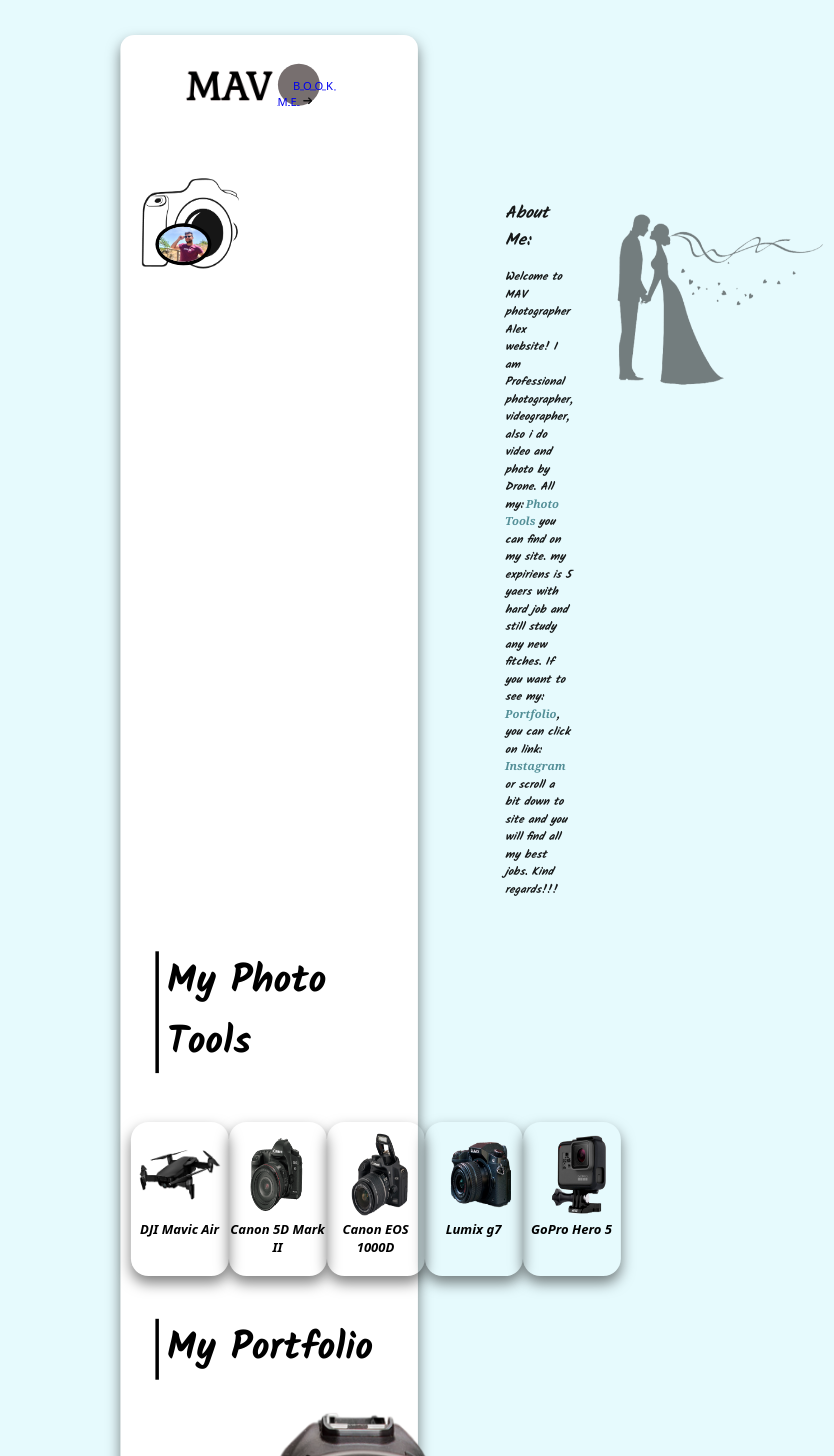
Repository: Dekabrist94/MAV
Page: /
The author's editor kept a copy of each file at every save. The page is drawn from the files as they stood at one save, then again after a run of saves.
The browser window is 768 px wide. The page is 1192 px wide, so the pictures cover 1192 px, including what lies to the right of the window. The pictures show the part of the page from y = 0 to 2080 px (the page is 3167 px tall), at 70% of full size.
The project was rebuilt for these pictures with package versions that can differ from the ones it lists, and the page was loaded fresh each time.

Above is the page before, as saved 2023-03-27 22:40:03.

After the next 2 saves:
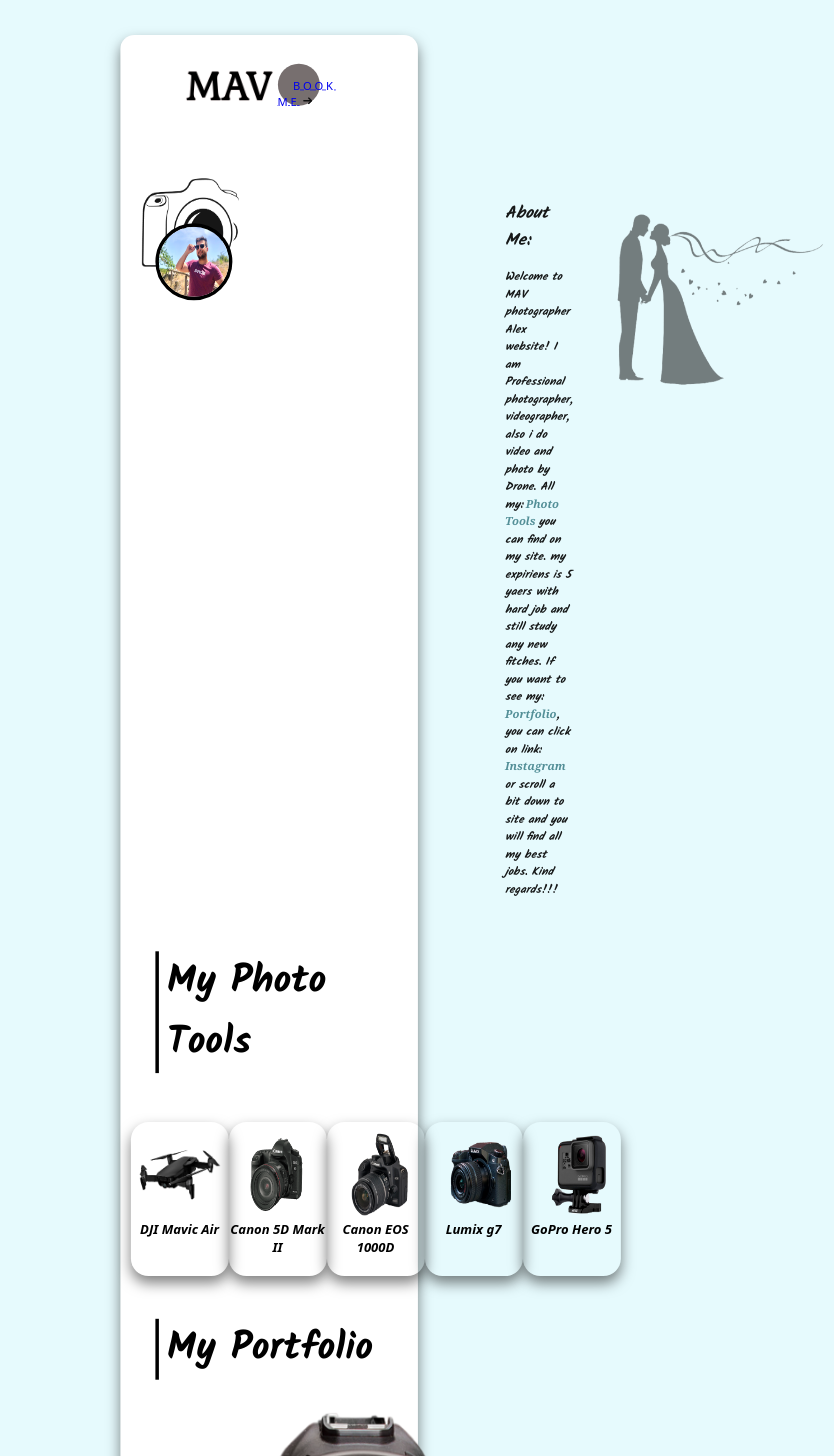
The 2 saves are shown as one change because they came seconds apart.
The last was saved 7 s later.
--- a/src/components/media/media.css
+++ b/src/components/media/media.css
@@ -27,8 +27,8 @@
 
   .avatar {
     left: 50px;
-    width: 70px;
-    height: 50px;
+    width: 100px;
+    height: 100px;
   }
 }
 
